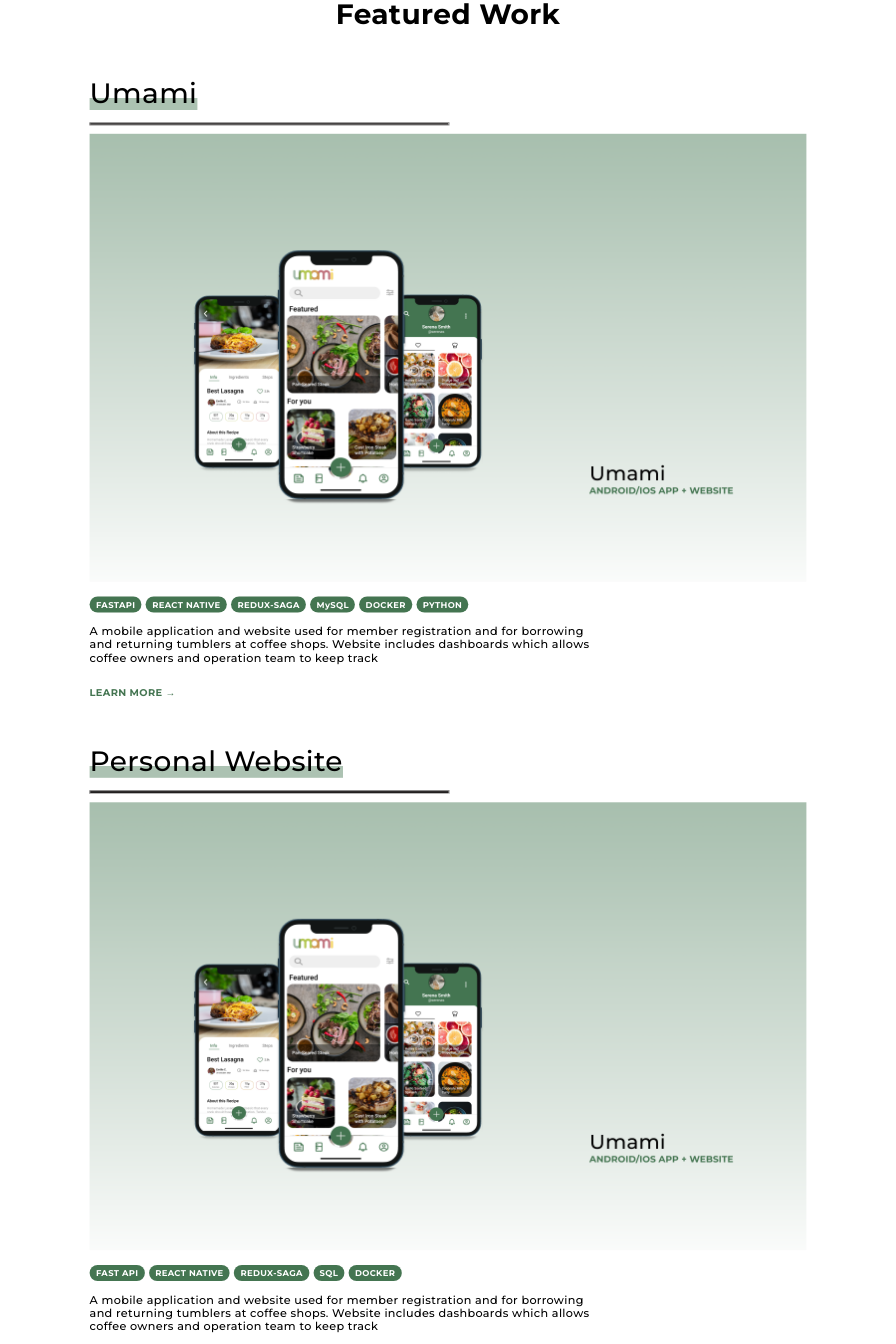
Repository: TangMartin/martintang
Page: index.html
An editor plug-in stored every save of this project. The page is shown before and after the next save, followed by the edit.
The browser window is 1280 px wide. The pictures show the part of the page from y = 1013 to 2933 px (the page is 2933 px tall), at 70% of full size.

Above is the page before, as saved 2021-11-24 21:48:30.

After the next save:
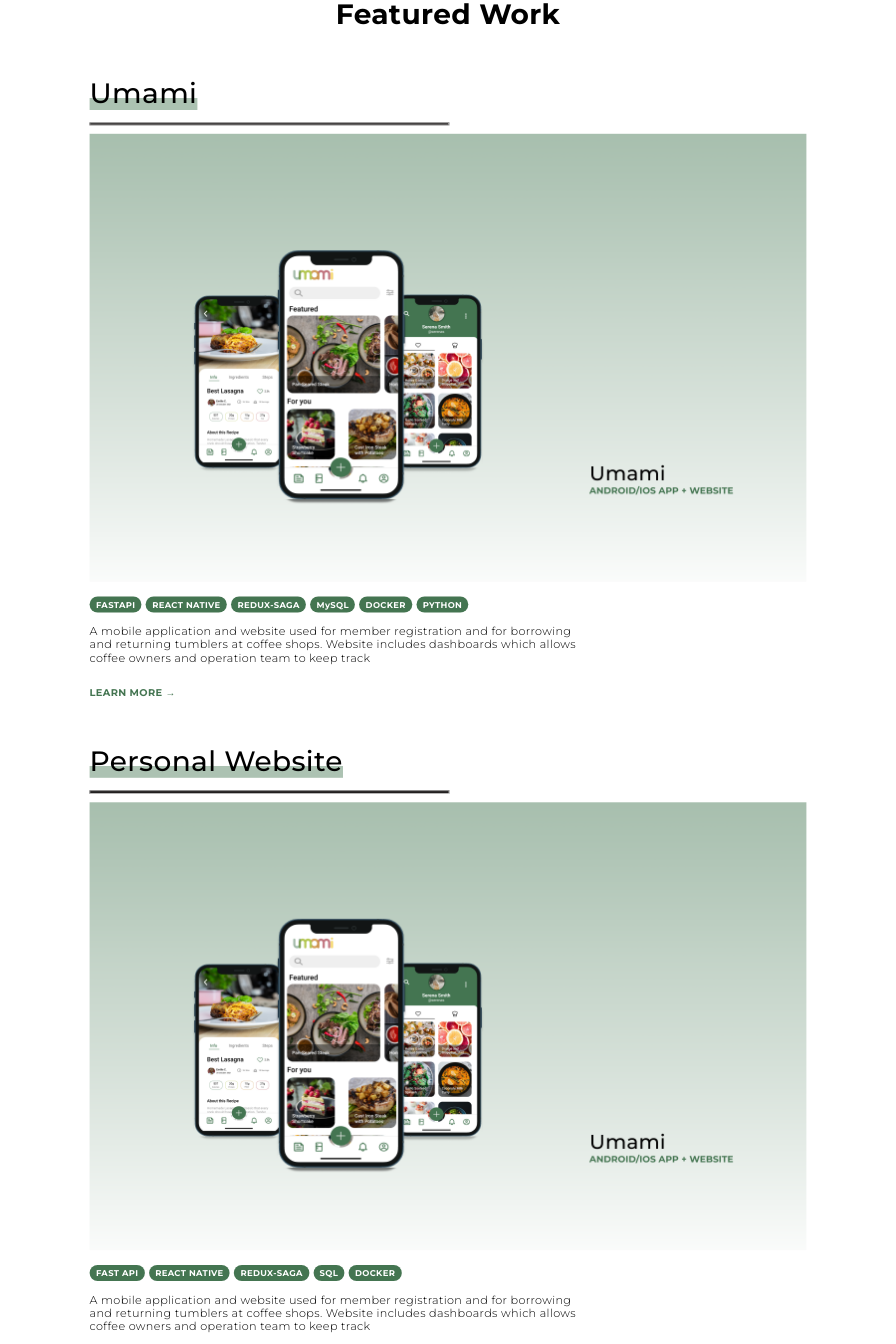
Saved 7 s later.
--- a/styles/style.css
+++ b/styles/style.css
@@ -114,7 +114,7 @@ h3 {
 }
 .work_description {
     margin-top: 5px;
-    font-weight: 400;
+    font-weight: 300;
     width: 70%;
 }
 .highlight {
